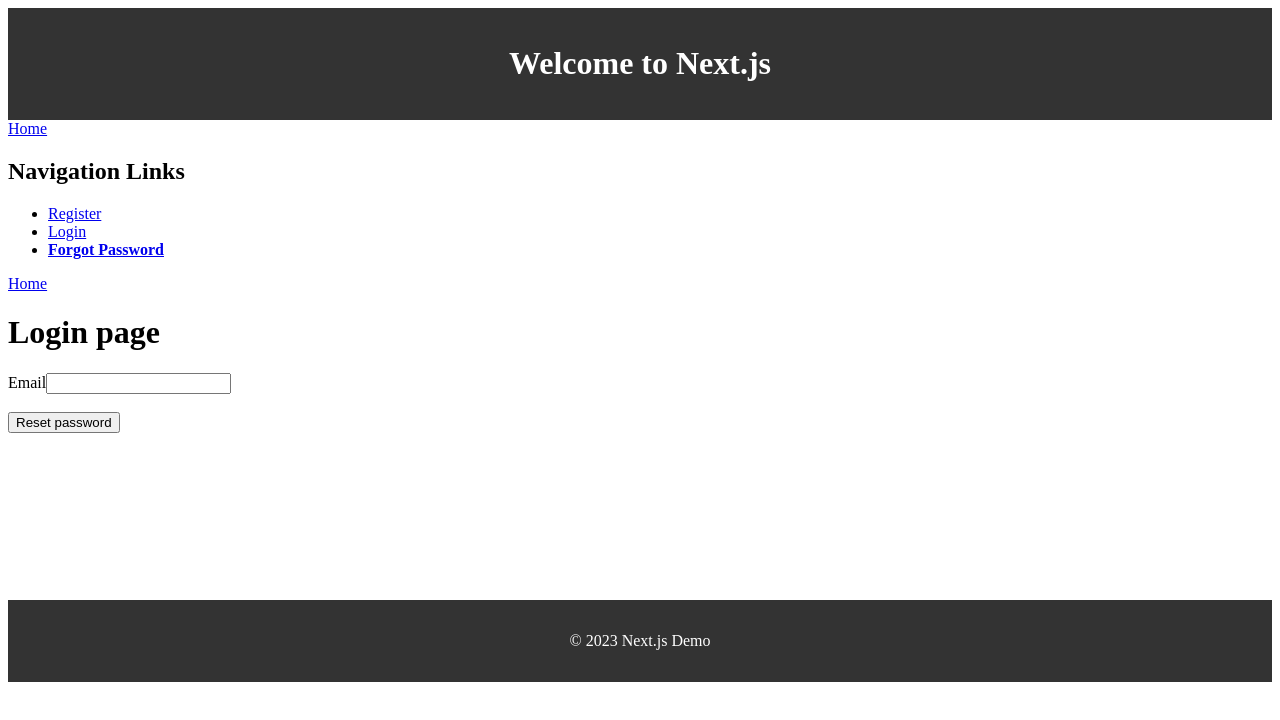
Repository: JasonMorta/NextJs-13_Basics
Page: /forgot-password (app in NEXTJS15/next13-demo/)
An editor plug-in stored every save of this project. The page is shown before and after the next save, followed by the edit.
The browser window is 1280 px wide. The pictures show the whole page.
The project was rebuilt for these pictures with package versions that can differ from the ones it lists, and the page was loaded fresh each time. The framework's server and built-in components were replaced by stand-ins that run in the browser. Also part of the build but not shown: NEXTJS15/next13-demo/next.config.ts.

Above is the page before, as saved 2025-02-28 14:09:07.

After the next save:
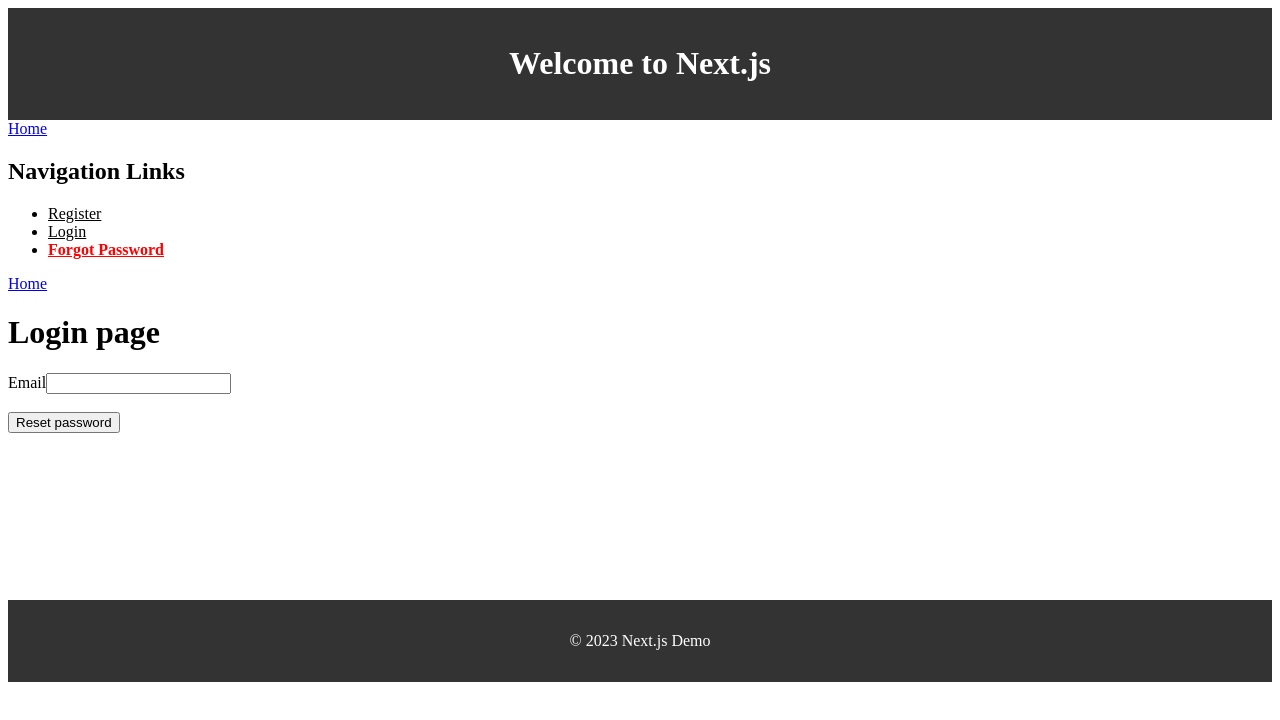
Saved 29 s later.
--- a/NEXTJS15/next13-demo/src/app/(auth)/layout.tsx
+++ b/NEXTJS15/next13-demo/src/app/(auth)/layout.tsx
@@ -23,7 +23,8 @@
           return (<li key={index}>
             <Link
               style={{
-                fontWeight: isActive ? `bold` : `normal`
+                fontWeight: isActive ? `bold` : `normal`,
+                color: isActive ? `red` : `black`
               }}
               href={link.href}>
               {link.name}
